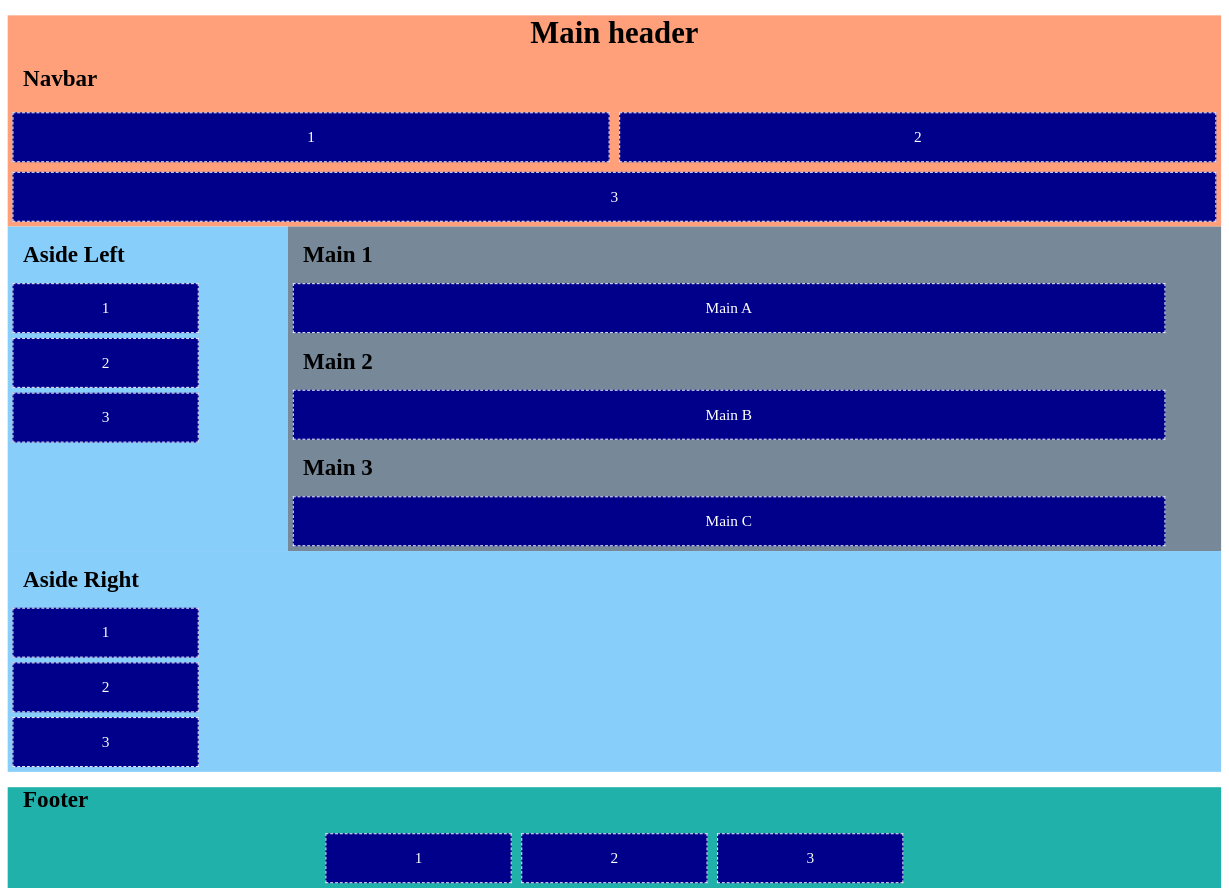
Repository: Colo-Codes/code-practice
Page: 02-css-practice-10-RWD.html
An editor plug-in stored every save of this project. The page is shown before and after the next save, followed by the edit.
The browser window is 1280 px wide. The pictures show the whole page, at 96% of full size.

Above is the page before, as saved 2021-06-07 09:00:28.

### 02-css-practice-10-RWD.html
<!DOCTYPE html>
<html lang="en">

<head>
    <meta charset="UTF-8">
    <meta http-equiv="X-UA-Compatible" content="IE=edge">
    <meta name="viewport" content="width=device-width, initial-scale=1.0">
    <title>Flexbox</title>
    <style>
        header {
            background-color: lightsalmon;
        }
        h1 {
            text-align: center;
        }
        aside {
            background-color: lightskyblue;
        }
        main {
            background-color: lightslategray;
            width: 70%;
        }
        footer {
            background-color: lightseagreen;
        }
        .div-box {
            width: 10rem;
            display: block;
            background-color: darkblue;
            color: white;
            text-align: center;
            border: 1px dashed white;
            padding: 1rem;
            margin: 5px;
        }
        h1, h2 {
            margin: 1rem;
        }
        .main-boxes {
            width: 90%;
            /* padding: 1rem; */
        }

        /* Flexboxes */
        #flex-container-nav {
            display: flex;
            flex-wrap: wrap;
        }
        .nav-boxes {
            flex: 1 1 30rem; /* grow shrink basis */
        }

        #flex-container-aside-main-aside {
            display: flex;
            flex-wrap: wrap;
        }
        #flex-container-aside-main-aside * {
            flex: auto;
        }
        #aside-right {
            order: 3;
        }

        #flex-container-footer {
            display: flex;
            justify-content: center;
            flex-wrap: wrap;
        }


    </style>
</head>

<body>
    <header>
        <h1>Main header</h1>
        <nav>
            <h2>Navbar</h2>
            <div id="flex-container-nav">
                <div class="nav-boxes div-box">1</div>
                <div class="nav-boxes div-box">2</div>
                <div class="nav-boxes div-box">3</div>
            </div>
        </nav>
    </header>
    <div id="flex-container-aside-main-aside">
        <aside id="aside-left">
            <h2>Aside Left</h2>
            <div class="aside-boxes div-box">1</div>
            <div class="aside-boxes div-box">2</div>
            <div class="aside-boxes div-box">3</div>
        </aside>
        <aside id="aside-right">
            <h2>Aside Right</h2>
            <div class="aside-boxes div-box">1</div>
            <div class="aside-boxes div-box">2</div>
            <div class="aside-boxes div-box">3</div>
        </aside>
        <main>
            <section>
                <h2>Main 1</h2>
                <div class="main-boxes div-box">Main A</div>
            </section>
            <section>
                <h2>Main 2</h2>
                <div class="main-boxes div-box">Main B</div>
            </section>
            <section>
                <h2>Main 3</h2>
                <div class="main-boxes div-box">Main C</div>
            </section>
        </main>
    </div>
    <footer>
        <h2>Footer</h2>
        <div id="flex-container-footer">
            <div class="footer-boxes div-box">1</div>
            <div class="footer-boxes div-box">2</div>
            <div class="footer-boxes div-box">3</div>
        </div>
    </footer>
</body>

</html>

After the next save:
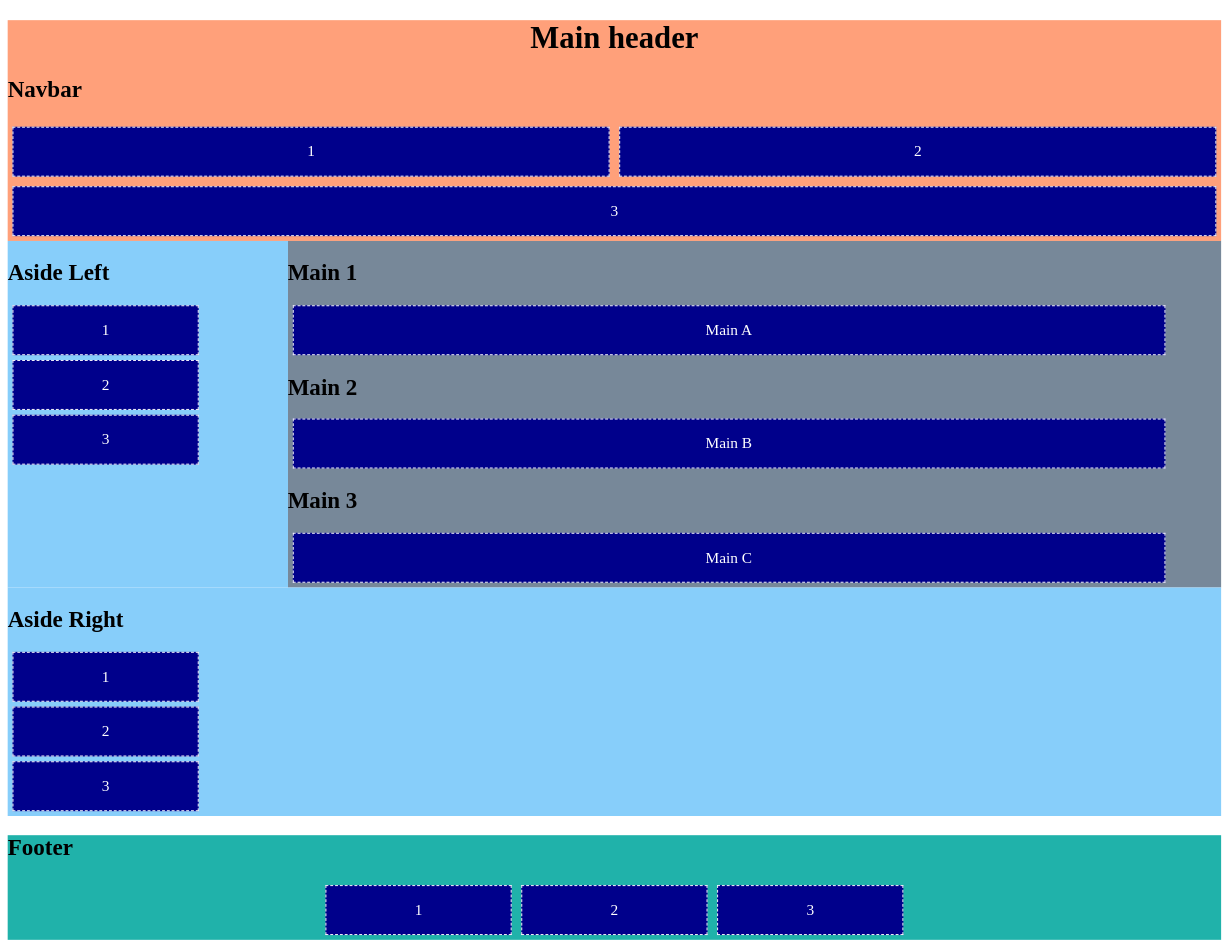
Saved 106 s later.
--- a/02-css-practice-10-RWD.html
+++ b/02-css-practice-10-RWD.html
@@ -34,7 +34,7 @@
             margin: 5px;
         }
         h1, h2 {
-            margin: 1rem;
+            /* margin: 1rem; */
         }
         .main-boxes {
             width: 90%;

After the save that followed:
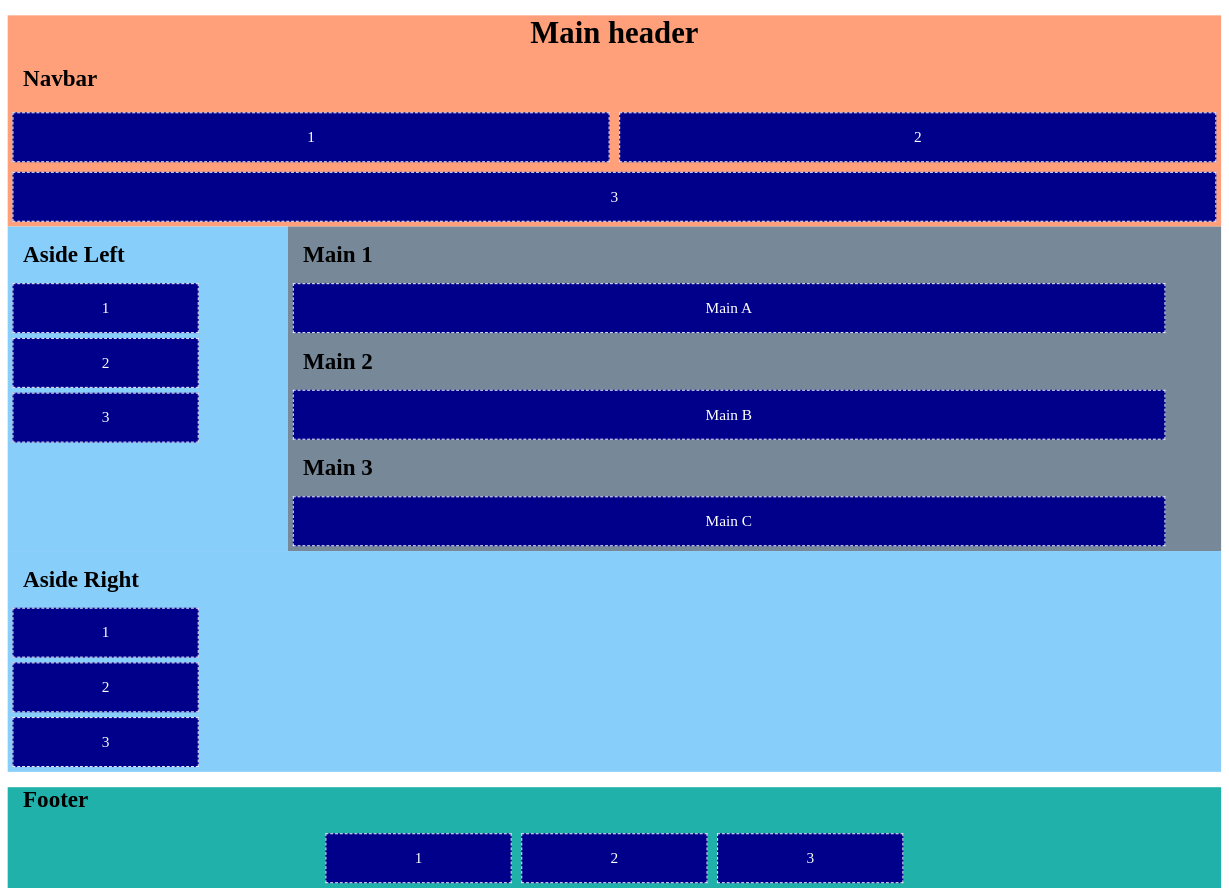
Saved 13 s later.
--- a/02-css-practice-10-RWD.html
+++ b/02-css-practice-10-RWD.html
@@ -34,7 +34,7 @@
             margin: 5px;
         }
         h1, h2 {
-            /* margin: 1rem; */
+            margin: 1rem;
         }
         .main-boxes {
             width: 90%;
